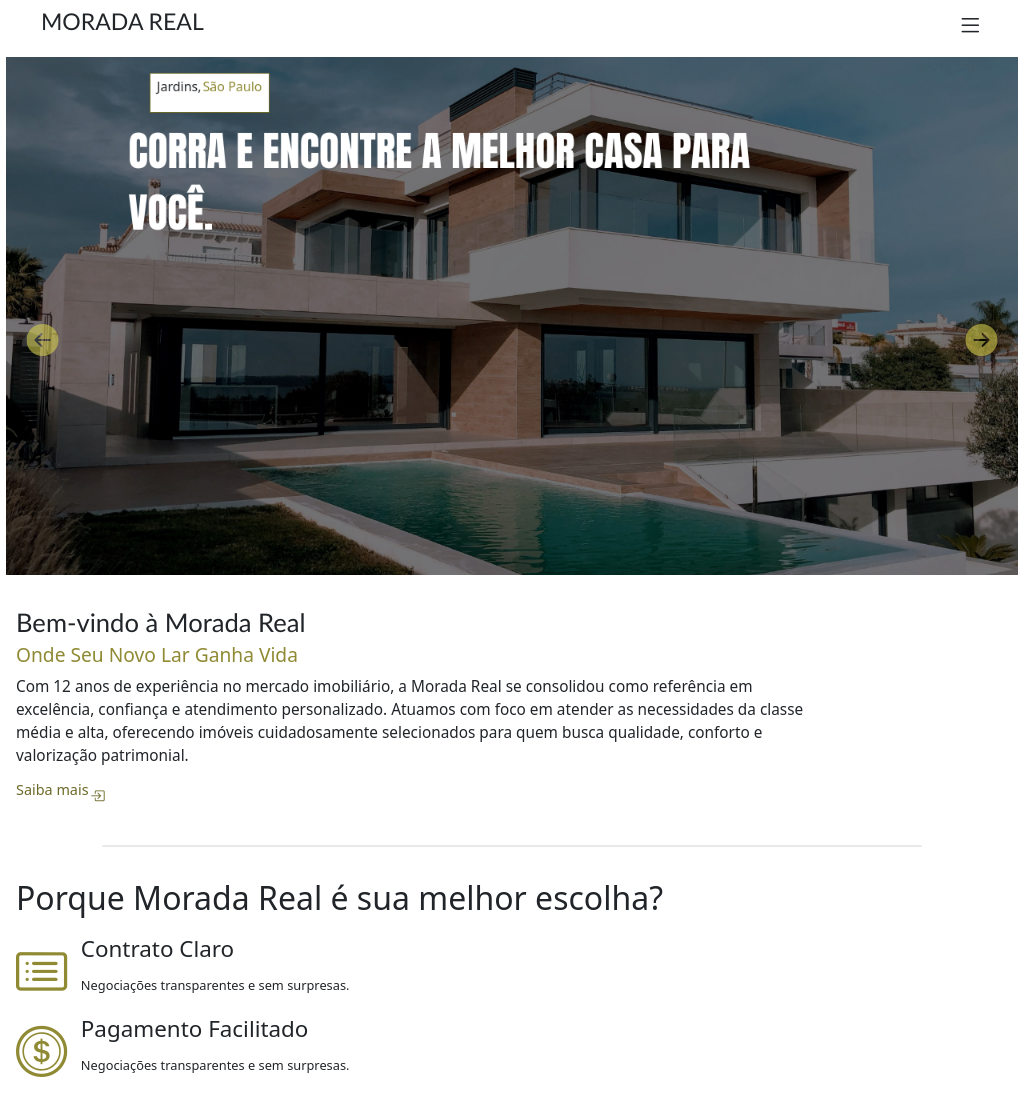
Repository: Mattyns/moradareal
Page: index.html
These files come from the project's save history. The page is drawn as it stood at one moment and after the next save; the edit follows.
The browser window is 1280 px wide. The pictures show the whole page, at 80% of full size.

Above is the page before, as saved 2025-07-13 17:54:20.

After the next save:
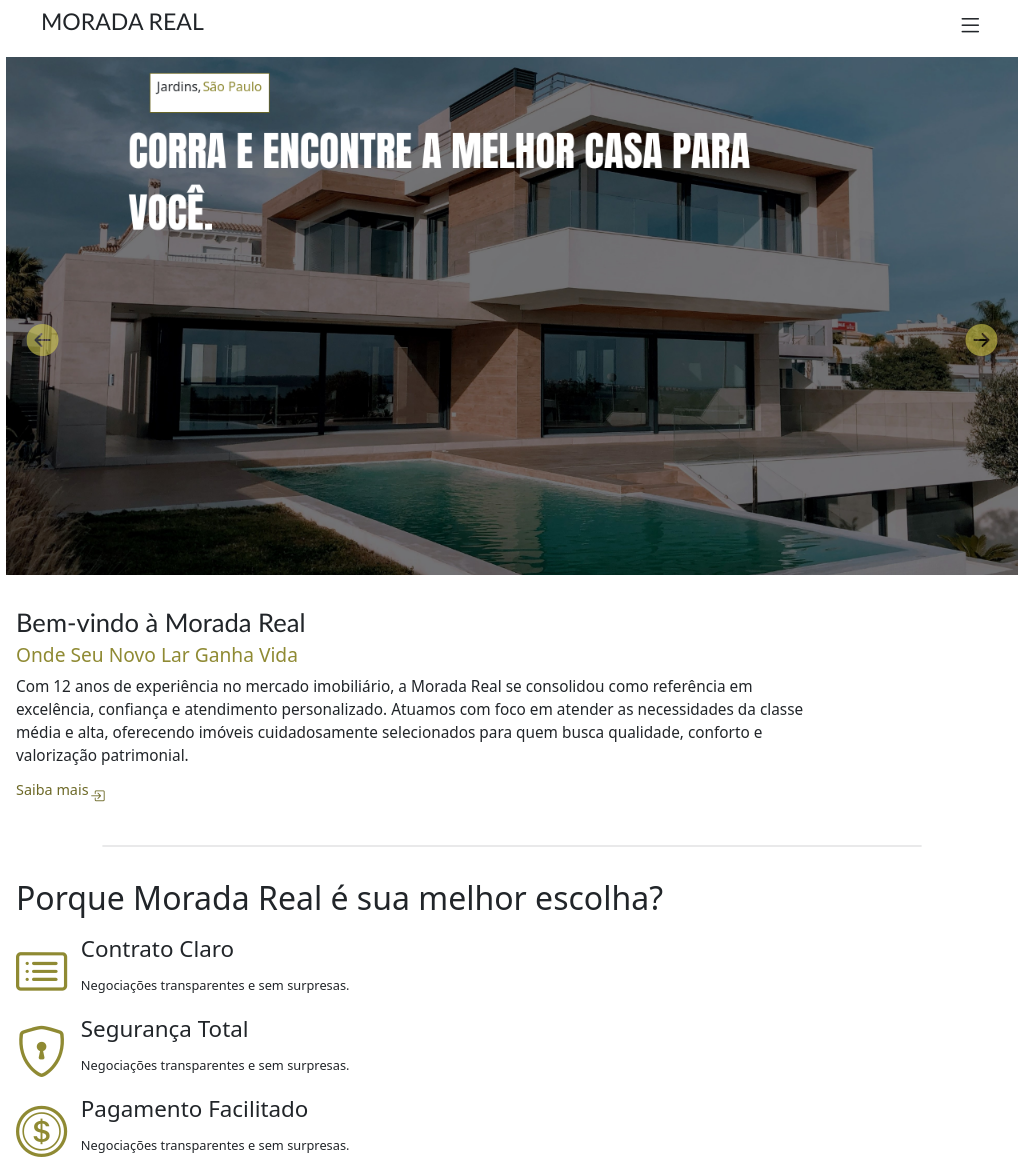
Saved 4 s later.
--- a/index.html
+++ b/index.html
@@ -75,6 +75,12 @@
                             <p class="service__text">Negociações transparentes e sem surpresas.</p>
                         </div>
 
+                                                <div class="service__card service__security">
+                            <i class="service__icon bi-shield-lock"></i>
+                            <h3 class="service__title">Segurança Total</h3>
+                            <p class="service__text">Negociações transparentes e sem surpresas.</p>
+                        </div>
+
                         <div class="service__card service__Payment">
                             <i class="service__icon bi-coin"></i>
                             <h3 class="service__title">Pagamento Facilitado</h3>
